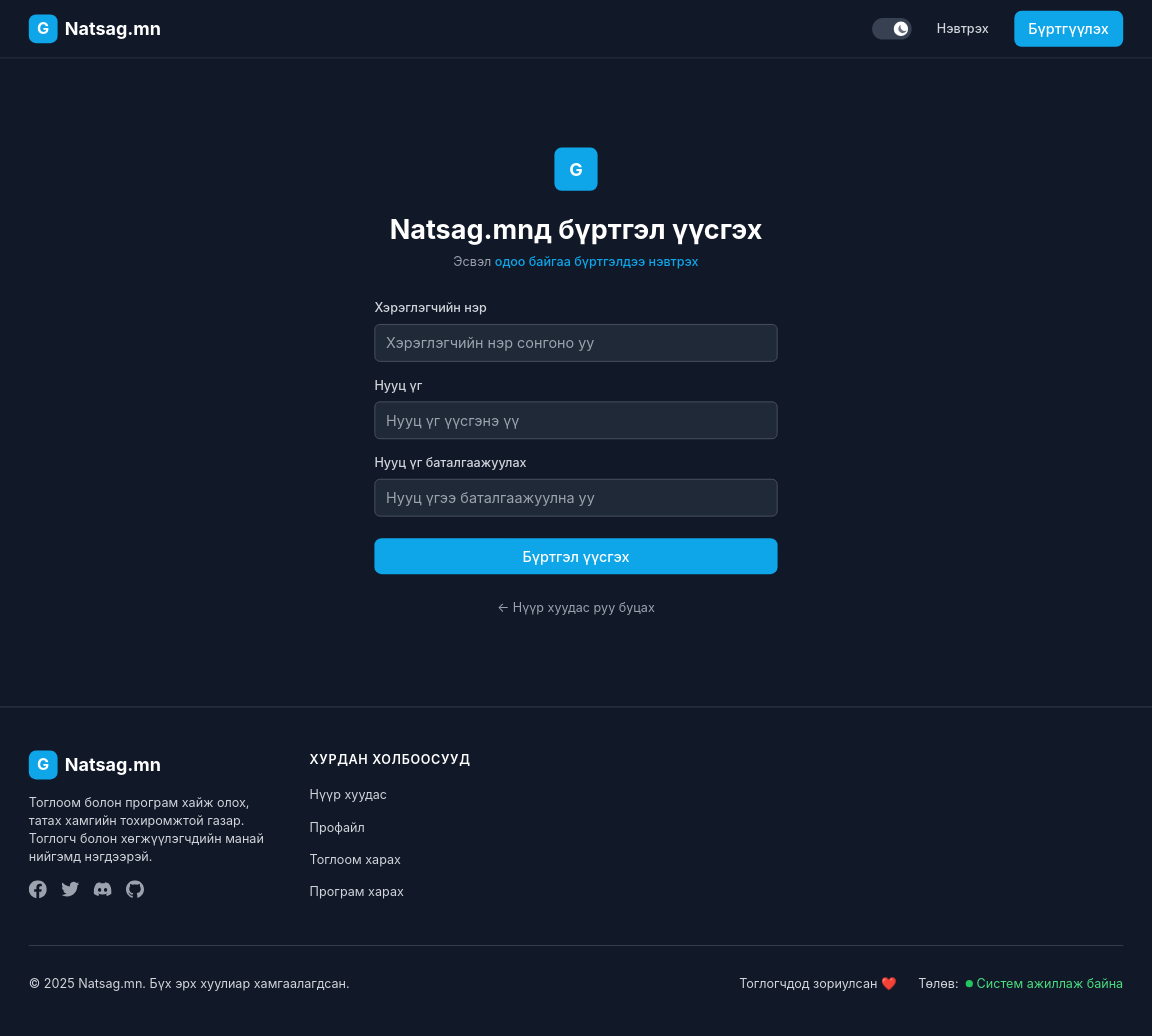
Repository: temuujinnn/file_server_frontend
Page: /register
The author's editor kept a copy of each file at every save. The page is drawn from the files as they stood at one save, then again after the next save.
The browser window is 1280 px wide. The pictures show the whole page, at 90% of full size.
The project was rebuilt for these pictures with package versions that can differ from the ones it lists, and the page was loaded fresh each time. Also part of the build but not shown: vite.config.js, vite.config.ts, src/components/TagSidebar.tsx, src/components/ProductCard.tsx, src/components/ProductGrid.tsx, src/components/ProductDetailModal.tsx, src/components/ViewToggle.tsx, src/pages/HomePage.tsx and 3 more.

Above is the page before, as saved 2025-09-28 17:09:39.

### index.html
<!DOCTYPE html>
<html lang="en">
  <head>
    <meta charset="UTF-8" />
    <link rel="icon" type="image/svg+xml" href="/vite.svg" />
    <meta name="viewport" content="width=device-width, initial-scale=1.0" />
    <title>GameHub - Discover Games & Software</title>
  </head>
  <body>
    <div id="root"></div>
    <script type="module" src="/src/main.tsx"></script>
  </body>
</html>

### src/App.tsx
import {BrowserRouter as Router, Routes, Route} from "react-router-dom";
import {ThemeProvider} from "./contexts/ThemeContext";
import {AuthProvider} from "./contexts/AuthContext";
import Navbar from "./components/Navbar";
import Footer from "./components/Footer";
import HomePage from "./pages/HomePage";
import LoginPage from "./pages/LoginPage";
import RegisterPage from "./pages/RegisterPage";
import ProfilePage from "./pages/ProfilePage";

function App() {
  return (
    <ThemeProvider>
      <AuthProvider>
        <Router
          future={{
            v7_startTransition: true,
            v7_relativeSplatPath: true,
          }}
        >
          <div className="min-h-screen bg-gray-50 dark:bg-gray-900 transition-colors duration-200 flex flex-col">
            <Navbar />
            <main className="flex-1">
              <Routes>
                <Route path="/" element={<HomePage />} />
                <Route path="/login" element={<LoginPage />} />
                <Route path="/register" element={<RegisterPage />} />
                <Route path="/profile" element={<ProfilePage />} />
              </Routes>
            </main>
            <Footer />
          </div>
        </Router>
      </AuthProvider>
    </ThemeProvider>
  );
}

export default App;

### src/index.css
@tailwind base;
@tailwind components;
@tailwind utilities;

@layer base {
  body {
    font-family: "Inter", sans-serif;
    @apply bg-gray-50 text-gray-900 dark:bg-gray-900 dark:text-gray-100 transition-colors duration-200;
  }
}

@layer components {
  .btn-primary {
    @apply bg-electric-blue-500 hover:bg-electric-blue-600 text-white font-medium py-2 px-4 transition-colors duration-200;
    border-radius: 8px;
  }

  .btn-secondary {
    @apply bg-gray-200 hover:bg-gray-300 dark:bg-gray-700 dark:hover:bg-gray-600 text-gray-900 dark:text-white font-medium py-2 px-4 transition-colors duration-200;
    border-radius: 8px;
  }

  .card {
    @apply bg-white dark:bg-gray-800 shadow-lg hover:shadow-xl transition-shadow duration-200 border border-gray-200 dark:border-gray-700;
    border-radius: 8px;
  }

  .tag-button {
    @apply bg-gray-200 hover:bg-electric-blue-500 dark:bg-gray-700 dark:hover:bg-electric-blue-500 text-gray-700 hover:text-white dark:text-gray-300 dark:hover:text-white px-3 py-2 text-sm font-medium transition-colors duration-200;
    border-radius: 8px;
  }

  .tag-button.active {
    @apply bg-electric-blue-500 text-white;
  }
}

### src/contexts/ThemeContext.tsx
import React, {createContext, useContext, useEffect, useState} from "react";

type Theme = "light" | "dark";

interface ThemeContextType {
  theme: Theme;
  toggleTheme: () => void;
  setTheme: (theme: Theme) => void;
}

const ThemeContext = createContext<ThemeContextType | undefined>(undefined);

export const useTheme = () => {
  const context = useContext(ThemeContext);
  if (context === undefined) {
    throw new Error("useTheme must be used within a ThemeProvider");
  }
  return context;
};

interface ThemeProviderProps {
  children: React.ReactNode;
}

export const ThemeProvider: React.FC<ThemeProviderProps> = ({children}) => {
  const [theme, setThemeState] = useState<Theme>(() => {
    // Check localStorage first, then system preference
    const savedTheme = localStorage.getItem("theme") as Theme;
    if (savedTheme) {
      return savedTheme;
    }

    // Check system preference
    if (
      window.matchMedia &&
      window.matchMedia("(prefers-color-scheme: dark)").matches
    ) {
      return "dark";
    }

    return "dark"; // Default to dark theme
  });

  const setTheme = (newTheme: Theme) => {
    setThemeState(newTheme);
    localStorage.setItem("theme", newTheme);

    // Update document class for Tailwind dark mode
    if (newTheme === "dark") {
      document.documentElement.classList.add("dark");
    } else {
      document.documentElement.classList.remove("dark");
    }
  };

  const toggleTheme = () => {
    setTheme(theme === "dark" ? "light" : "dark");
  };

  useEffect(() => {
    // Set initial theme on mount
    setTheme(theme);

    // Listen for system theme changes
    const mediaQuery = window.matchMedia("(prefers-color-scheme: dark)");
    const handleChange = (e: MediaQueryListEvent) => {
      // Only auto-switch if no theme is saved in localStorage
      if (!localStorage.getItem("theme")) {
        setTheme(e.matches ? "dark" : "light");
      }
    };

    mediaQuery.addEventListener("change", handleChange);
    return () => mediaQuery.removeEventListener("change", handleChange);
  }, []);

  const value = {
    theme,
    toggleTheme,
    setTheme,
  };

  return (
    <ThemeContext.Provider value={value}>{children}</ThemeContext.Provider>
  );
};

### src/contexts/AuthContext.tsx
import React, {
  createContext,
  useContext,
  useState,
  useEffect,
  ReactNode,
} from "react";
import {getUser, clearTokens, clearUser} from "../services/auth";
import type {User} from "../types/index";

interface AuthContextType {
  user: User | null;
  isAuthenticated: boolean;
  isLoading: boolean;
  login: (user: User) => void;
  logout: () => void;
  refreshAuth: () => void;
}

const AuthContext = createContext<AuthContextType | undefined>(undefined);

interface AuthProviderProps {
  children: ReactNode;
}

export const AuthProvider: React.FC<AuthProviderProps> = ({children}) => {
  const [user, setUser] = useState<User | null>(null);
  const [isAuthenticated, setIsAuthenticated] = useState<boolean>(false);
  const [isLoading, setIsLoading] = useState<boolean>(true);

  const refreshAuth = () => {
    console.log("Refreshing authentication state...");
    setIsLoading(true);

    try {
      const currentUser = getUser();
      const authStatus = isAuthenticated;

      console.log("Auth refresh - User:", currentUser);
      console.log("Auth refresh - Is authenticated:", authStatus);

      setUser(currentUser);
      setIsAuthenticated(authStatus);
    } catch (error) {
      console.error("Error refreshing auth:", error);
      setUser(null);
      setIsAuthenticated(false);
    } finally {
      setIsLoading(false);
    }
  };

  const login = (userData: User) => {
    console.log("Login called with user:", userData);
    setUser(userData);
    setIsAuthenticated(true);
  };

  const logout = () => {
    console.log("Logout called");
    clearTokens();
    clearUser();
    setUser(null);
    setIsAuthenticated(false);
    window.location.href = "/";
  };

  // Check authentication status on mount
  useEffect(() => {
    refreshAuth();
  }, []);

  const value: AuthContextType = {
    user,
    isAuthenticated,
    isLoading,
    login,
    logout,
    refreshAuth,
  };

  return <AuthContext.Provider value={value}>{children}</AuthContext.Provider>;
};

export const useAuth = (): AuthContextType => {
  const context = useContext(AuthContext);
  if (context === undefined) {
    throw new Error("useAuth must be used within an AuthProvider");
  }
  return context;
};

### src/pages/RegisterPage.tsx
import React, {useState} from "react";
import {Link, useNavigate} from "react-router-dom";
import {registerUser} from "../services/api";
import {setTokens, setUser} from "../services/auth";

const RegisterPage: React.FC = () => {
  const [formData, setFormData] = useState({
    username: "",
    password: "",
    confirmPassword: "",
  });
  const [loading, setLoading] = useState<boolean>(false);
  const [error, setError] = useState<string>("");
  const navigate = useNavigate();

  const handleChange = (e: React.ChangeEvent<HTMLInputElement>) => {
    setFormData({
      ...formData,
      [e.target.name]: e.target.value,
    });
  };

  const handleSubmit = async (e: React.FormEvent<HTMLFormElement>) => {
    e.preventDefault();
    setLoading(true);
    setError("");

    // Validate passwords match
    if (formData.password !== formData.confirmPassword) {
      setError("Нууц үг таарахгүй байна");
      setLoading(false);
      return;
    }

    // Validate password length
    if (formData.password.length < 6) {
      setError("Нууц үг дор хаяж 6 тэмдэгт урт байх ёстой");
      setLoading(false);
      return;
    }

    try {
      const response = await registerUser(formData.username, formData.password);
      console.log("Registration successful:", response);

      if (response.success && response.data) {
        // Store tokens
        setTokens({
          accessToken: response.data.accessToken,
          refreshToken: response.data.refreshToken,
        });

        // Store user info (extract from JWT token)
        try {
          const payload = JSON.parse(
            atob(response.data.accessToken.split(".")[1])
          );
          setUser({
            id: payload._id,
            username: payload.username,
          });
        } catch (tokenError) {
          console.error("Error parsing token:", tokenError);
        }

        // Redirect to home page
        navigate("/");
      } else {
        setError("Серверээс буруу хариу ирлээ");
      }
    } catch (err) {
      if (err && typeof err === "object" && "response" in err) {
        const errorObj = err as {response?: {data?: {message?: string}}};
        setError(
          errorObj.response?.data?.message ||
            "Бүртгэл амжилтгүй боллоо. Дахин оролдоно уу."
        );
      } else {
        setError("Бүртгэл амжилтгүй боллоо. Дахин оролдоно уу.");
      }
    } finally {
      setLoading(false);
    }
  };

  return (
    <div className="min-h-screen bg-gray-50 dark:bg-gray-900 flex items-center justify-center py-12 px-4 sm:px-6 lg:px-8 transition-colors duration-200">
      <div className="max-w-md w-full space-y-8">
        <div>
          <div className="mx-auto h-12 w-12 bg-electric-blue-500 rounded-lg flex items-center justify-center">
            <span className="text-white font-bold text-xl">G</span>
          </div>
          <h2 className="mt-6 text-center text-3xl font-bold text-gray-900 dark:text-white">
            Natsag.mnд бүртгэл үүсгэх
          </h2>
          <p className="mt-2 text-center text-sm text-gray-600 dark:text-gray-400">
            Эсвэл{" "}
            <Link
              to="/login"
              className="font-medium text-electric-blue-500 hover:text-electric-blue-400 transition-colors duration-200"
            >
              одоо байгаа бүртгэлдээ нэвтрэх
            </Link>
          </p>
        </div>

        <form className="mt-8 space-y-6" onSubmit={handleSubmit}>
          <div className="space-y-4">
            <div>
              <label
                htmlFor="username"
                className="block text-sm font-medium text-gray-700 dark:text-gray-300 mb-2"
              >
                Хэрэглэгчийн нэр
              </label>
              <input
                id="username"
                name="username"
                type="text"
                required
                value={formData.username}
                onChange={handleChange}
                className="w-full px-3 py-2 bg-white dark:bg-gray-800 border border-gray-300 dark:border-gray-600 rounded-md text-gray-900 dark:text-white placeholder-gray-500 dark:placeholder-gray-400 focus:outline-none focus:ring-2 focus:ring-electric-blue-500 focus:border-transparent"
                placeholder="Хэрэглэгчийн нэр сонгоно уу"
              />
            </div>

            <div>
              <label
                htmlFor="password"
                className="block text-sm font-medium text-gray-700 dark:text-gray-300 mb-2"
              >
                Нууц үг
              </label>
              <input
                id="password"
                name="password"
                type="password"
                required
                value={formData.password}
                onChange={handleChange}
                className="w-full px-3 py-2 bg-white dark:bg-gray-800 border border-gray-300 dark:border-gray-600 rounded-md text-gray-900 dark:text-white placeholder-gray-500 dark:placeholder-gray-400 focus:outline-none focus:ring-2 focus:ring-electric-blue-500 focus:border-transparent"
                placeholder="Нууц үг үүсгэнэ үү"
              />
            </div>

            <div>
              <label
                htmlFor="confirmPassword"
                className="block text-sm font-medium text-gray-700 dark:text-gray-300 mb-2"
              >
                Нууц үг баталгаажуулах
              </label>
              <input
                id="confirmPassword"
                name="confirmPassword"
                type="password"
                required
                value={formData.confirmPassword}
                onChange={handleChange}
                className="w-full px-3 py-2 bg-white dark:bg-gray-800 border border-gray-300 dark:border-gray-600 rounded-md text-gray-900 dark:text-white placeholder-gray-500 dark:placeholder-gray-400 focus:outline-none focus:ring-2 focus:ring-electric-blue-500 focus:border-transparent"
                placeholder="Нууц үгээ баталгаажуулна уу"
              />
            </div>
          </div>

          {error && (
            <div className="p-3 bg-red-50 dark:bg-red-900/20 border border-red-200 dark:border-red-500/50 rounded-md">
              <p className="text-red-600 dark:text-red-400 text-sm">{error}</p>
            </div>
          )}

          <div>
            <button
              type="submit"
              disabled={loading}
              className="w-full btn-primary disabled:opacity-50 disabled:cursor-not-allowed"
            >
              {loading ? "Бүртгэл үүсгэж байна..." : "Бүртгэл үүсгэх"}
            </button>
          </div>

          <div className="text-center">
            <Link
              to="/"
              className="text-sm text-gray-600 dark:text-gray-400 hover:text-gray-800 dark:hover:text-gray-300 transition-colors duration-200"
            >
              ← Нүүр хуудас руу буцах
            </Link>
          </div>
        </form>
      </div>
    </div>
  );
};

export default RegisterPage;

### src/components/ThemeToggle.tsx
import React from "react";
import {useTheme} from "../contexts/ThemeContext";

const ThemeToggle: React.FC = () => {
  const {theme, toggleTheme} = useTheme();

  return (
    <button
      onClick={toggleTheme}
      className="relative inline-flex h-6 w-11 items-center rounded-full bg-gray-200 transition-colors focus:outline-none focus:ring-2 focus:ring-electric-blue-500 focus:ring-offset-2 dark:bg-gray-700"
      role="switch"
      aria-checked={theme === "dark"}
      aria-label={`Switch to ${theme === "dark" ? "light" : "dark"} mode`}
    >
      <span className="sr-only">Toggle theme</span>
      <span
        className={`${
          theme === "dark" ? "translate-x-6" : "translate-x-1"
        } inline-block h-4 w-4 transform rounded-full bg-white transition-transform`}
      />
      {/* Icons */}
      <div className="absolute inset-0 flex items-center justify-between px-1">
        <svg
          className={`h-3 w-3 text-gray-500 transition-opacity ${
            theme === "light" ? "opacity-100" : "opacity-0"
          }`}
          fill="currentColor"
          viewBox="0 0 20 20"
        >
          <path
            fillRule="evenodd"
            d="M10 2a1 1 0 011 1v1a1 1 0 11-2 0V3a1 1 0 011-1zm4 8a4 4 0 11-8 0 4 4 0 018 0zm-.464 4.95l.707.707a1 1 0 001.414-1.414l-.707-.707a1 1 0 00-1.414 1.414zm2.12-10.607a1 1 0 010 1.414l-.706.707a1 1 0 11-1.414-1.414l.707-.707a1 1 0 011.414 0zM17 11a1 1 0 100-2h-1a1 1 0 100 2h1zm-7 4a1 1 0 011 1v1a1 1 0 11-2 0v-1a1 1 0 011-1zM5.05 6.464A1 1 0 106.465 5.05l-.708-.707a1 1 0 00-1.414 1.414l.707.707zm1.414 8.486l-.707.707a1 1 0 01-1.414-1.414l.707-.707a1 1 0 011.414 1.414zM4 11a1 1 0 100-2H3a1 1 0 000 2h1z"
            clipRule="evenodd"
          />
        </svg>
        <svg
          className={`h-3 w-3 text-gray-500 transition-opacity ${
            theme === "dark" ? "opacity-100" : "opacity-0"
          }`}
          fill="currentColor"
          viewBox="0 0 20 20"
        >
          <path d="M17.293 13.293A8 8 0 016.707 2.707a8.001 8.001 0 1010.586 10.586z" />
        </svg>
      </div>
    </button>
  );
};

export default ThemeToggle;

Loaded but not shown: src/main.tsx (common file); tailwind.config.js (29 lines, source omitted); src/components/Footer.tsx (148 lines, source omitted); src/services/api.ts (221 lines, source omitted); src/components/Navbar.tsx (160 lines, source omitted); src/services/auth.ts (129 lines, source omitted)

After the next save:
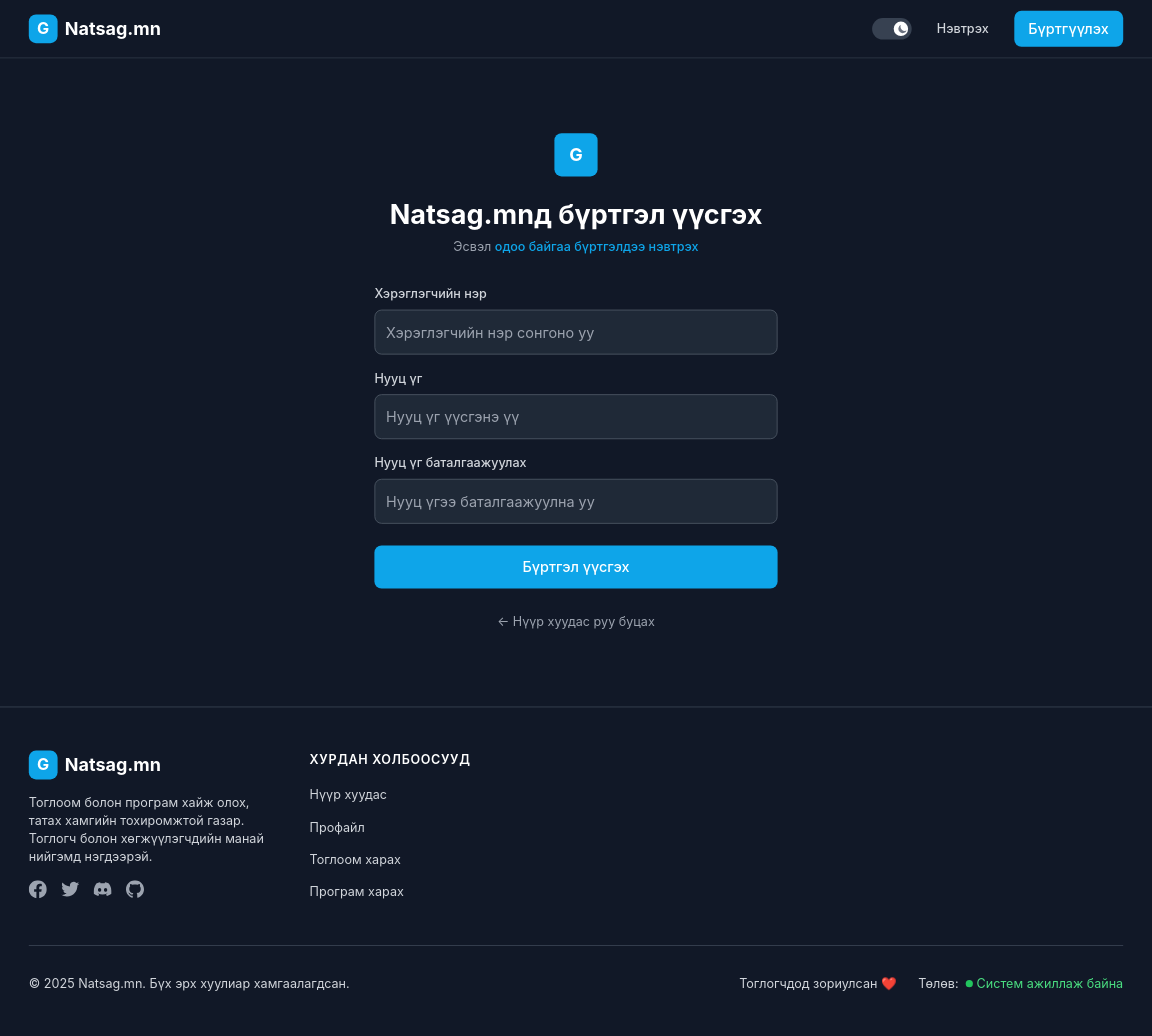
Saved 41 s later.
--- a/src/pages/RegisterPage.tsx
+++ b/src/pages/RegisterPage.tsx
@@ -84,13 +84,13 @@ const RegisterPage: React.FC = () => {
   };
 
   return (
-    <div className="min-h-screen bg-gray-50 dark:bg-gray-900 flex items-center justify-center py-12 px-4 sm:px-6 lg:px-8 transition-colors duration-200">
-      <div className="max-w-md w-full space-y-8">
+    <div className="min-h-screen bg-gray-50 dark:bg-gray-900 flex items-center justify-center py-8 sm:py-12 px-4 sm:px-6 lg:px-8 transition-colors duration-200">
+      <div className="max-w-md w-full space-y-6 sm:space-y-8">
         <div>
-          <div className="mx-auto h-12 w-12 bg-electric-blue-500 rounded-lg flex items-center justify-center">
-            <span className="text-white font-bold text-xl">G</span>
+          <div className="mx-auto h-10 w-10 sm:h-12 sm:w-12 bg-electric-blue-500 rounded-lg flex items-center justify-center">
+            <span className="text-white font-bold text-lg sm:text-xl">G</span>
           </div>
-          <h2 className="mt-6 text-center text-3xl font-bold text-gray-900 dark:text-white">
+          <h2 className="mt-4 sm:mt-6 text-center text-2xl sm:text-3xl font-bold text-gray-900 dark:text-white">
             Natsag.mnд бүртгэл үүсгэх
           </h2>
           <p className="mt-2 text-center text-sm text-gray-600 dark:text-gray-400">
@@ -104,7 +104,7 @@ const RegisterPage: React.FC = () => {
           </p>
         </div>
 
-        <form className="mt-8 space-y-6" onSubmit={handleSubmit}>
+        <form className="mt-6 sm:mt-8 space-y-4 sm:space-y-6" onSubmit={handleSubmit}>
           <div className="space-y-4">
             <div>
               <label
@@ -120,7 +120,7 @@ const RegisterPage: React.FC = () => {
                 required
                 value={formData.username}
                 onChange={handleChange}
-                className="w-full px-3 py-2 bg-white dark:bg-gray-800 border border-gray-300 dark:border-gray-600 rounded-md text-gray-900 dark:text-white placeholder-gray-500 dark:placeholder-gray-400 focus:outline-none focus:ring-2 focus:ring-electric-blue-500 focus:border-transparent"
+                className="w-full px-3 py-2 sm:py-3 bg-white dark:bg-gray-800 border border-gray-300 dark:border-gray-600 rounded-lg text-gray-900 dark:text-white placeholder-gray-500 dark:placeholder-gray-400 focus:outline-none focus:ring-2 focus:ring-electric-blue-500 focus:border-transparent text-sm sm:text-base"
                 placeholder="Хэрэглэгчийн нэр сонгоно уу"
               />
             </div>
@@ -139,7 +139,7 @@ const RegisterPage: React.FC = () => {
                 required
                 value={formData.password}
                 onChange={handleChange}
-                className="w-full px-3 py-2 bg-white dark:bg-gray-800 border border-gray-300 dark:border-gray-600 rounded-md text-gray-900 dark:text-white placeholder-gray-500 dark:placeholder-gray-400 focus:outline-none focus:ring-2 focus:ring-electric-blue-500 focus:border-transparent"
+                className="w-full px-3 py-2 sm:py-3 bg-white dark:bg-gray-800 border border-gray-300 dark:border-gray-600 rounded-lg text-gray-900 dark:text-white placeholder-gray-500 dark:placeholder-gray-400 focus:outline-none focus:ring-2 focus:ring-electric-blue-500 focus:border-transparent text-sm sm:text-base"
                 placeholder="Нууц үг үүсгэнэ үү"
               />
             </div>
@@ -158,14 +158,14 @@ const RegisterPage: React.FC = () => {
                 required
                 value={formData.confirmPassword}
                 onChange={handleChange}
-                className="w-full px-3 py-2 bg-white dark:bg-gray-800 border border-gray-300 dark:border-gray-600 rounded-md text-gray-900 dark:text-white placeholder-gray-500 dark:placeholder-gray-400 focus:outline-none focus:ring-2 focus:ring-electric-blue-500 focus:border-transparent"
+                className="w-full px-3 py-2 sm:py-3 bg-white dark:bg-gray-800 border border-gray-300 dark:border-gray-600 rounded-lg text-gray-900 dark:text-white placeholder-gray-500 dark:placeholder-gray-400 focus:outline-none focus:ring-2 focus:ring-electric-blue-500 focus:border-transparent text-sm sm:text-base"
                 placeholder="Нууц үгээ баталгаажуулна уу"
               />
             </div>
           </div>
 
           {error && (
-            <div className="p-3 bg-red-50 dark:bg-red-900/20 border border-red-200 dark:border-red-500/50 rounded-md">
+            <div className="p-3 bg-red-50 dark:bg-red-900/20 border border-red-200 dark:border-red-500/50 rounded-lg">
               <p className="text-red-600 dark:text-red-400 text-sm">{error}</p>
             </div>
           )}
@@ -174,7 +174,7 @@ const RegisterPage: React.FC = () => {
             <button
               type="submit"
               disabled={loading}
-              className="w-full btn-primary disabled:opacity-50 disabled:cursor-not-allowed"
+              className="w-full btn-primary disabled:opacity-50 disabled:cursor-not-allowed py-2 sm:py-3 text-sm sm:text-base rounded-lg"
             >
               {loading ? "Бүртгэл үүсгэж байна..." : "Бүртгэл үүсгэх"}
             </button>
